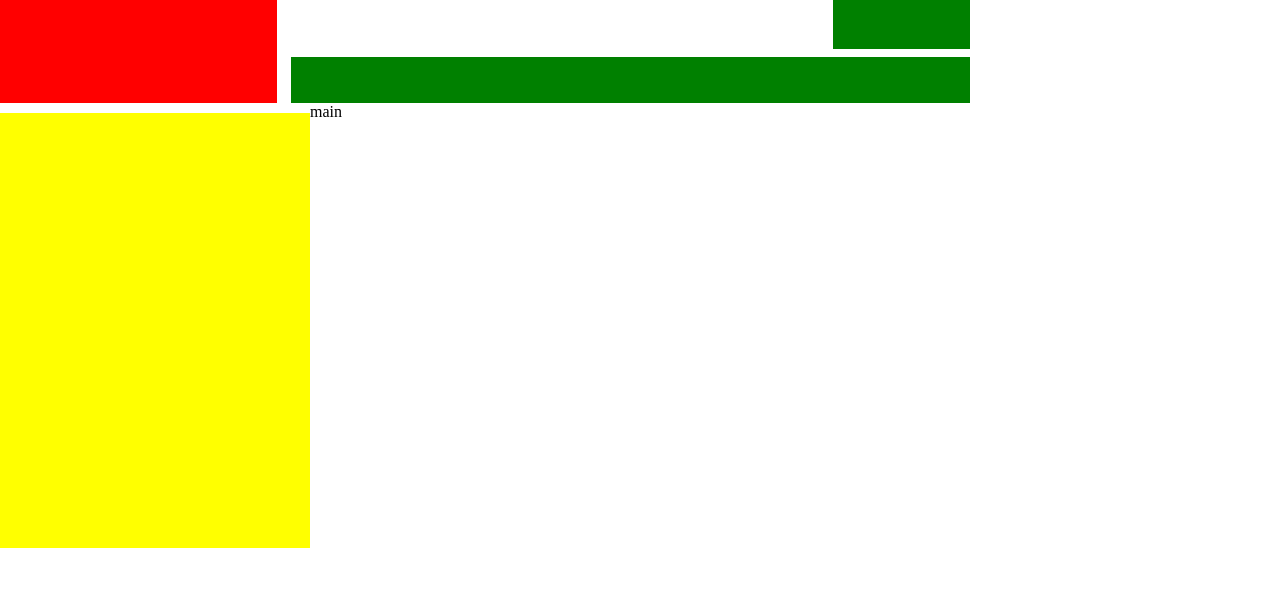
Repository: KaibutsuSama/CodePracticeExample
Page: Html5+Css3/Css3/04.浮动/03.homework.html
An editor plug-in stored every save of this project. The page is shown before and after the next save, followed by the edit.
The browser window is 1280 px wide. The pictures show the whole page.

Above is the page before, as saved 2023-01-29 23:30:08.

After the next save:
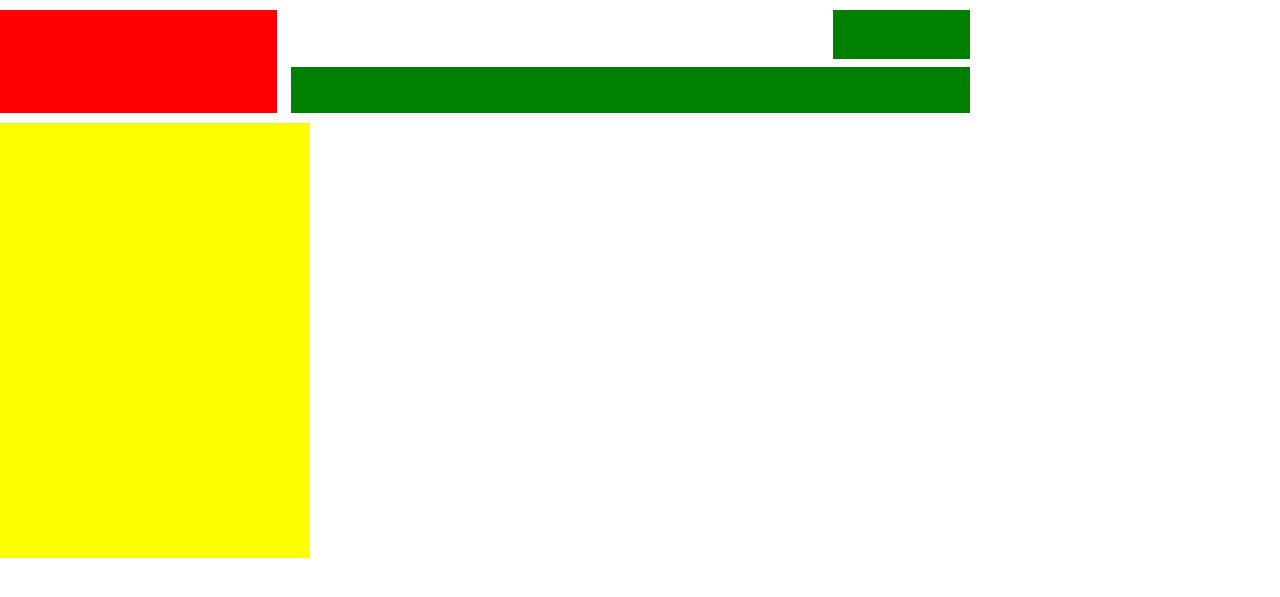
Saved 14 s later.
--- a/Html5+Css3/Css3/04.浮动/03.homework.html
+++ b/Html5+Css3/Css3/04.浮动/03.homework.html
@@ -61,7 +61,9 @@
 
     <div class="main">
         <div class="leftbanner"></div>
-        main
+        <div class="mainbanner">
+
+        </div>
     </div>
 </body>
 </html>
